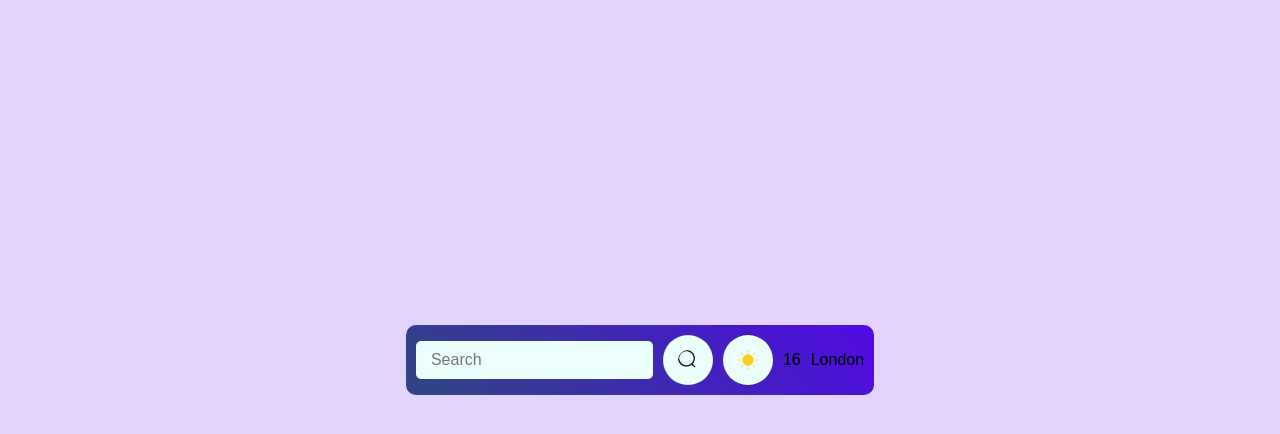
Repository: wakoya-tech/wheather-app
Page: /
An editor plug-in stored every save of this project. The page is shown before and after the next save, followed by the edit.
The browser window is 1280 px wide. The pictures show the whole page.
The project was rebuilt for these pictures with package versions that can differ from the ones it lists, and the page was loaded fresh each time. Also part of the build but not shown: vite.config.js, src/App.css.

Above is the page before, as saved 2025-10-18 00:48:36.

### index.html
<!DOCTYPE html>
<html lang="en">
  <head>
    <meta charset="UTF-8" />
    <link rel="icon" type="image/svg+xml" href="/vite.svg" />
    <meta name="viewport" content="width=device-width, initial-scale=1.0" />
    <title>Weather App - wakoCode</title>
  </head>
  <body>
    <div id="root"></div>
    <script type="module" src="/src/main.jsx"></script>
  </body>
</html>

### src/App.jsx
import { useState } from 'react'
import Weather from './Components/Weather'

import './App.css'

function App() {
 return(
 <div className='App'>

<Weather/>

 </div>

 )

}

export default App

### src/index.css

*{
    margin: 0;
    padding: 0;
    box-sizing: border-box;
    font-family: "poppins",sans-serif;
}
.App {
    min-height: 100vh;
    display: grid;
    background: #e2d4ff;
}

### src/Components/Weather.jsx
import React from 'react';
import './Weather.css';
import search_icon from '../assets/Search.png';
/*import rain from '../assets/Rain.png';
import cloud from '../assets/Cloud.png';*/
import clear from '../assets/Clear.png';
/*import drizzle from '../assets/Drizzle.png';
import snow from '../assets/Snow.png';
import humidity from '../assets/Humidity.png';
*/
function Weather() {
  return (
    <div className='weather'>
      <div className="search-bar">
        <input type="text" placeholder='Search' />
        <img  src={search_icon} alt="Search" />
        <img src={clear} alt="weather-icon" />
        <p>16</p>
        <p>London</p>
      </div>
    </div>
  );
}

export default Weather;

### src/Components/Weather.css
.weather{
place-self: center;
padding: 10px;
border-radius: 10px;
background-image: linear-gradient(45deg,#2f4680,#500ae4);
display: flex;
flex-direction: column;
align-items: center;
}
.search-bar{
    display: flex;
    align-items: center;
    gap: 10px;
}
.search-bar input{
    padding: 10px 15px;
    font-size: 16px;
    border-radius: 5px;
    border: none;
    outline: none;
    flex: 1;
    color: #626262;
    background: #ebfffc;
}
.search-bar img{
  width: 50px;
  padding: 15px;
    border-radius: 50%;
    background: #ebfffc;
  cursor: pointer;
}

Loaded but not shown: src/main.jsx (common file)

After the next save:
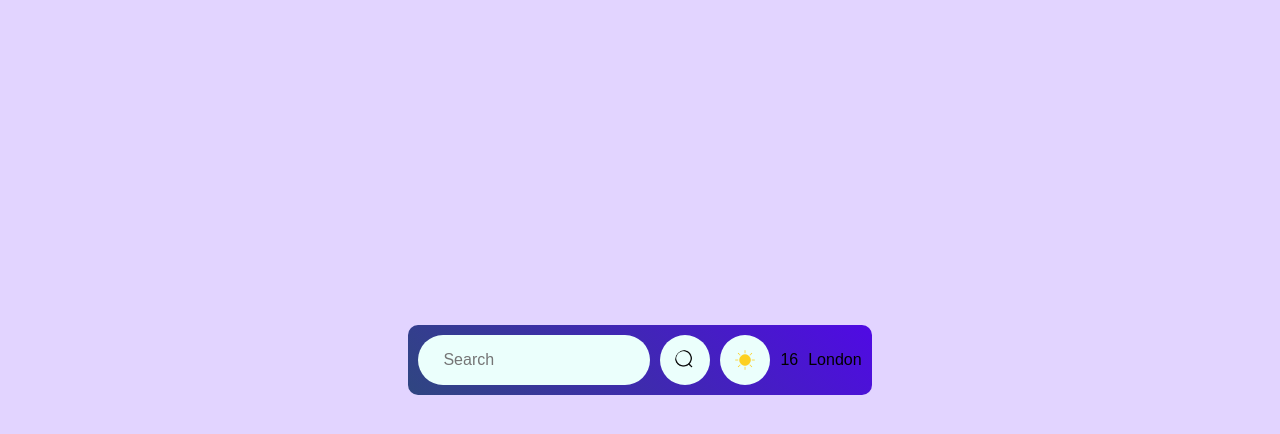
Saved 67 s later.
--- a/src/Components/Weather.css
+++ b/src/Components/Weather.css
@@ -13,9 +13,10 @@ align-items: center;
     gap: 10px;
 }
 .search-bar input{
-    padding: 10px 15px;
+   height: 50px;
     font-size: 16px;
-    border-radius: 5px;
+    border-radius: 40px;
+    padding-left: 25px;
     border: none;
     outline: none;
     flex: 1;
